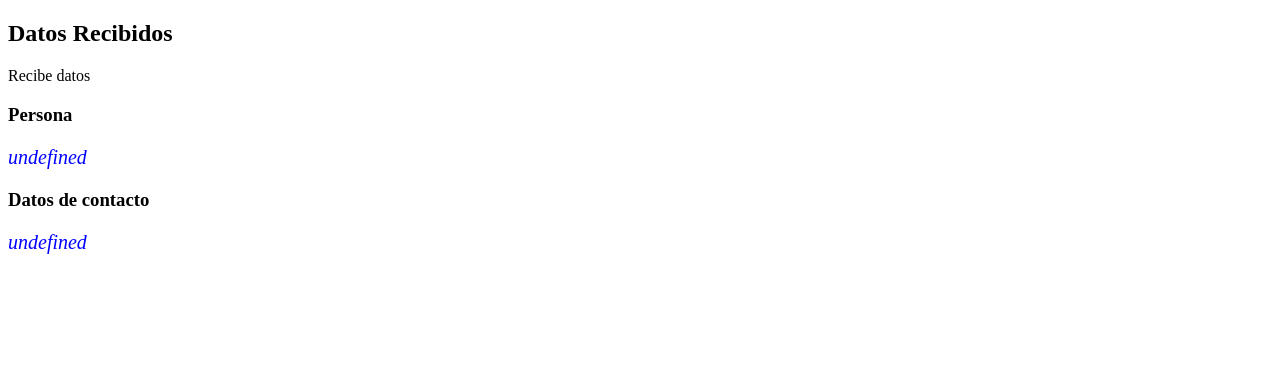
Repository: UVMCoyoacan/VEFY
Page: recibedatosFormCV.html
These files come from the project's save history. The page is drawn as it stood at one moment and after the next save; the edit follows.
The browser window is 1280 px wide. The pictures show the whole page.

Above is the page before, as saved 2024-03-01 11:15:48.
Console error: ReferenceError: ad1 is not defined

### recibedatosFormCV.html
<!DOCTYPE html>
<html>
	<head>
		<script type="text/javascript">
			function getUrlVars() { //SOLO CON GET//
			var vars = {};
			//AGARRA LA URL//
			var parts = window.location.href.replace(/[?&]+([^=&]+)=([^&]*)/gi,
				function (m, key, value) {
					if (vars[key]) {
						vars[key].push(value);
					} else {
						vars[key] = [value];
					}
				});
			console.log(vars);
			return vars;
		}

				var nombre = getUrlVars()["fname"];
				var telefono= getUrlVars()["numtel"];
                var correo=getUrlVars()["correoele"];
				var ops=0;

				alert("chk= " +ops+": "+ ad1);
		</script>
		<meta charset="utf-8" />
	</head>
<body>

<h2>Datos Recibidos</h2>

<p>Recibe datos</p>

<h3> Persona </h3>
<p id="Persona">    </p>

<h3> Datos de contacto</h3>
<p id="Detalles">    </p>

<script>
	var nomper=document.getElementById("Persona");
	var datPers=document.getElementById("Detalles");
	nomper.innerHTML="<i>" + nombre + "</i>";
	nomper.style="color:blue;font-size:20px";
    datPers.innerHTML="<i>" + telefono + "</i>";
	datPers.style="color:blue;font-size:20px";
    datPers.innerHTML="<i>" + correo + "</i>";
	datPers.style="color:blue;font-size:20px";




</script>


</body>
</html>

### estilo.css
h1{
    color: chocolate;
    text-align: center;
    border-style: mix;
}
p{
    text-align: center;
    color:rebeccapurple;
    border-style: dotted;
}

ol{
    text-align: center;
    color:rgb(0, 0, 0);
    border-style: groove;

}

ul{
    text-align: center;
    color: rgb(0, 0, 0);
    border-style: ridge;
}

h2{
    color: rgb(0, 0, 0) ;
    text-align: center;
    border-style: mix;
}

a{
    text-align: center;
}

body{
    background-color: rgb(226, 171, 75);
}

footer{
    color:beige;
    background-color: blueviolet;
}
button {
    border: none;
    color: rgb(47, 191, 59);
    padding: 15px 32px;
    text-align: center;
    text-decoration: none;
    display: inline-block;
    font-size: 16px;
    margin: 4px 2px;
    cursor: pointer;
  }
  div{
    text-align: center;
  }

### estilo1.css
h1{
    color: chocolate;
    text-align: center;
    border-style: mix;
}
p{
    text-align: center;
    color:rgb(0, 0, 0);
    border-style: dotted;
}

ol{
    text-align: center;
    color:rgb(1, 1, 1);
    border-style: groove;

}

ul{
    text-align: center;
    color: rgb(0, 0, 0);
    border-style: ridge;
}

h2{
    color: rgba(58, 221, 93, 0.98) ;
    text-align:center;
    border-style: mix;
}

a{
    text-align: center;
}

body{
    background-color: rgb(104, 163, 209);
}

footer{
    color:beige;
    background-color: blueviolet;
}
button {
    border: none;
    color: rgb(175, 10, 10);
    padding: 15px 32px;
    text-align: center;
    text-decoration: none;
    display: inline-block;
    font-size: 16px;
    margin: 4px 2px;
    cursor: pointer;
  }
  p{
    text-align: center;
  }

### estilo2.css
h1{
    color: chocolate;
    text-align: center;
    border-style: mix;
}
p{
    text-align: center;
    color:rebeccapurple;
    border-style: dotted;
}

ol{
    text-align: center;
    color:rgb(0, 0, 0);
    border-style: groove;

}

ul{
    text-align: center;
    color: rgb(223, 115, 225);
    border-style: ridge;
}

h2{
    color: rgb(149, 204, 62) ;
    text-align: center;
    border-style: mix;
}

a{
    text-align: center;
}

body{
    background-color: rgb(224, 255, 255);
}

footer{
    color:beige;
    background-color: blueviolet;
}
button {
    border: none;
    color: rgb(32, 202, 69);
    padding: 15px 32px;
    text-align: center;
    text-decoration: none;
    display: inline-block;
    font-size: 16px;
    margin: 4px 2px;
    cursor: pointer;
  }
  div{
    text-align: center;
  }

### estilo3.css
h1{
    color: chocolate;
    text-align: center;
    border-style: mix;
}
p{
    text-align: center;
    color:rebeccapurple;
    border-style: dotted;
}

ol{
    text-align: center;
    color:rgb(20, 24, 25);
    border-style: groove;

}

ul{
    text-align: center;
    color: rgb(233, 104, 130);
    border-style: ridge;
}

h2{
    color: rgb(215, 121, 229) ;
    text-align: center;
    border-style: mix;
}

a{
    text-align: center;
}

body{
    background-color: rgb(224, 255, 255);
}

footer{
    color:beige;
    background-color: blueviolet;
}
button {
    border: none;
    color: rgb(157, 58, 184);
    padding: 15px 32px;
    text-align: center;
    text-decoration: none;
    display: inline-block;
    font-size: 16px;
    margin: 4px 2px;
    cursor: pointer;
  }
  div{
    text-align: center;
  }

### estilo4.css
h1{

    color: rgb(0, 0, 0);

    color: black;

    text-align: center;
    font-size:larger;
    margin: auto;
    width: 50%;
    border: 3px solid rgb(141, 172, 132);
    border-style:solid;
    padding: 10px;

}
p{
    color: rgba(21, 21, 21, 0.781);
    text-align:justify;
    font-size:x-large;
    margin: auto;
    width: 50%;
    border: 3px solid rgb(120, 168, 26);
    border-style:solid;
    padding: 10px;
}
li{
    color: rgb(0, 0, 0);
    text-align:justify;
    font-size:medium;
}


ul{
    color: rgba(21, 21, 21, 0.781);
    text-align:center;
    font-size:large;
    margin: auto;
    width: 50%;
    border: 3px solid rgb(216, 152, 152);
    border-style:solid;
    padding: 10px;
}
body{
    background-color: rgb(166, 170, 228);

}


h2{
    color: rgb(2, 2, 2);
    text-align: center;
    font-size:x-large;
    margin: auto;
    width: 50%;
    border: 3px solid rgb(123, 123, 123);
    border-style:solid;
    padding: 10px;
}
img{
    display: block;
    width: 20%;
    margin: auto;
}
footer{
    color: rgb(60, 28, 167);
    background-color: rgb(210, 204, 25);
}
button {
    border: none;
    color: rgb(226, 226, 47);
    padding: 15px 32px;
    text-align: center;
    text-decoration: none;
    display: inline-block;
    font-size: 16px;
    margin: 4px 2px;
    cursor: pointer;
  }
  div{
    text-align: center;
  }

After the next save:
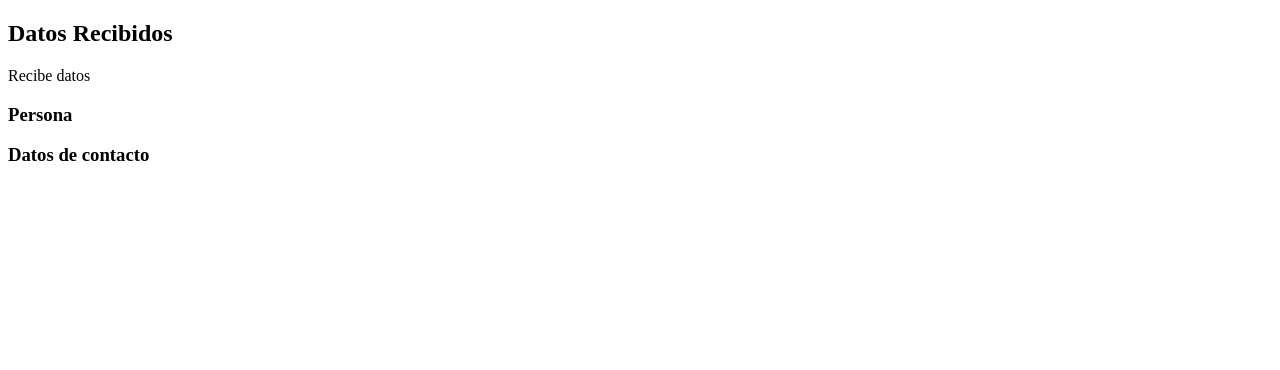
Console error: SyntaxError: Unexpected token '<'
Saved 5 min 0 s later.
--- a/recibedatosFormCV.html
+++ b/recibedatosFormCV.html
@@ -2,6 +2,7 @@
 <html>
 	<head>
 		<script type="text/javascript">
+			  <link rel="stylesheet" href="estilo.css"/>
 			function getUrlVars() { //SOLO CON GET//
 			var vars = {};
 			//AGARRA LA URL//

After the 2 saves that followed:
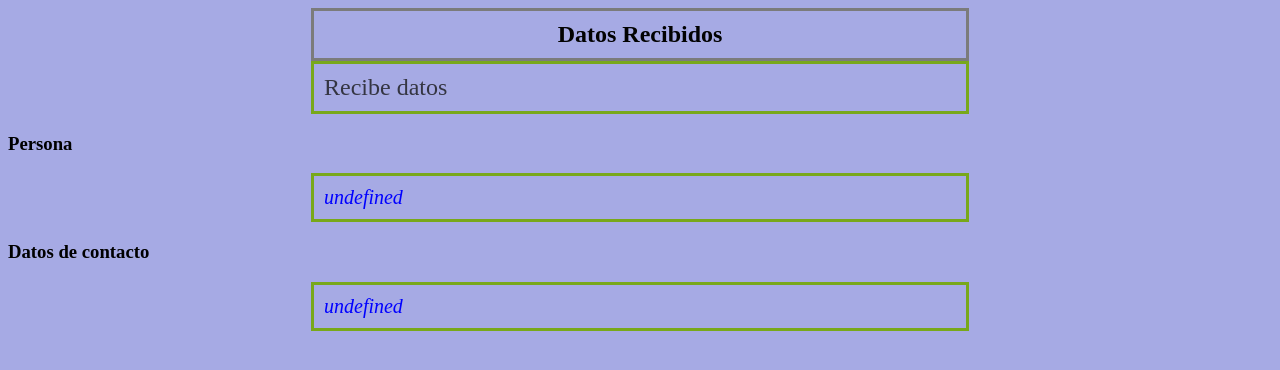
Console error: ReferenceError: ad1 is not defined
The 2 saves are shown as one change because 1 left the picture as it was.
The last was saved 6 min 36 s later.
--- a/recibedatosFormCV.html
+++ b/recibedatosFormCV.html
@@ -1,8 +1,14 @@
 <!DOCTYPE html>
 <html>
 	<head>
+		<link rel="stylesheet" href="estilo.css"/>
+        <link rel="stylesheet" href="estilo1.css"/>
+        <link rel="stylesheet" href="estilo2.css"/>
+        <link rel="stylesheet" href="estilo3.css"/>
+        <link rel="stylesheet" href="estilo4.css"/>
 		<script type="text/javascript">
-			  <link rel="stylesheet" href="estilo.css"/>
+
+
 			function getUrlVars() { //SOLO CON GET//
 			var vars = {};
 			//AGARRA LA URL//
